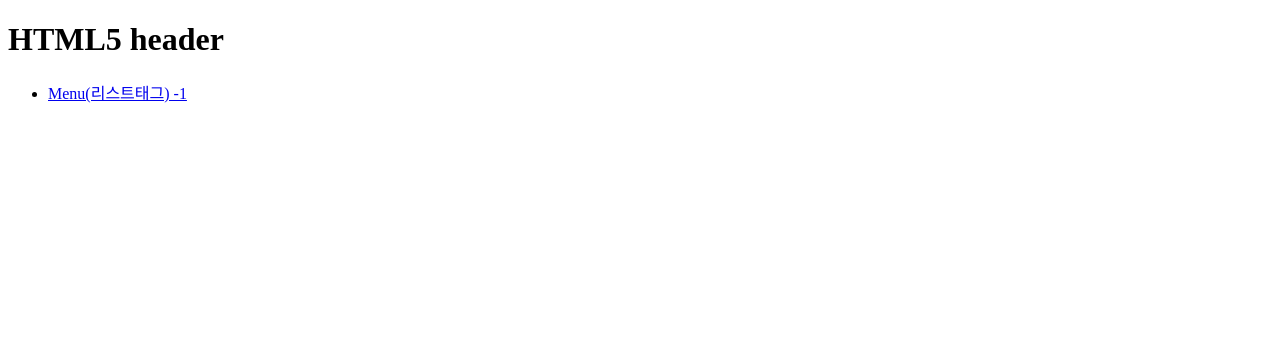
Repository: rightsecond3/java52
Page: workspace_script/dev_html/WebContent/html_semantic/beforeSemantic.html
An editor plug-in stored every save of this project. The page is shown before and after the next save, followed by the edit.
The browser window is 1280 px wide. The pictures show the whole page.

Above is the page before, as saved 2019-06-10 01:39:02.

### workspace_script/dev_html/WebContent/html_semantic/beforeSemantic.html
<!DOCTYPE html>
<!--
	html5이전에는 화면레이아웃에 table태그를 주로 사용함.
	html5로 오면서 div태그를 주로 사용->ajax기술지원
 -->
<html>
<head>
<meta charset="UTF-8">
<title>HTML5 이전의 레이아웃 구성</title>
</head>
<!-- 스타일시트(CSS), Javascript코드 -->
<body>
	<div>
		<h1>HTML5 header</h1>
	</div>
	<div>
		<ul>
			<li><a href="../html_list/listTag_1.html">Menu(리스트태그) -1</a>
		</ul>
	</div>
</body>
</html>

After the next save:
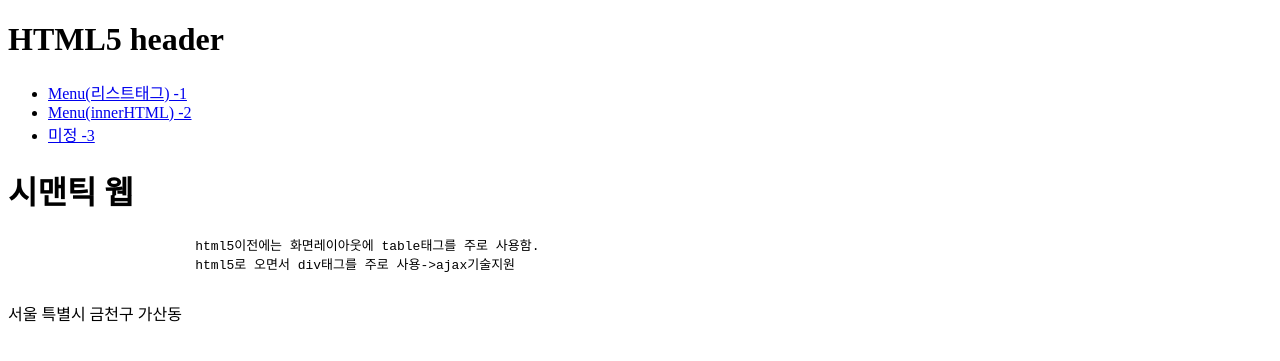
Saved 4 min 23 s later.
--- a/workspace_script/dev_html/WebContent/html_semantic/beforeSemantic.html
+++ b/workspace_script/dev_html/WebContent/html_semantic/beforeSemantic.html
@@ -10,13 +10,30 @@
 </head>
 <!-- 스타일시트(CSS), Javascript코드 -->
 <body>
+<!-- 페이지의 헤더 부분 -->
 	<div>
 		<h1>HTML5 header</h1>
 	</div>
 	<div>
+<!-- 페이지의 메뉴 부분 -->
 		<ul>
 			<li><a href="../html_list/listTag_1.html">Menu(리스트태그) -1</a>
+			<li><a href="../html_day2/innerHTMLTest.html">Menu(innerHTML) -2</a>
+			<li><a href="#">미정 -3</a>
 		</ul>
+	</div>
+<!-- 내용 영역 -->
+	<div>
+		<h1>시맨틱 웹</h1>
+		<pre>
+			html5이전에는 화면레이아웃에 table태그를 주로 사용함.
+			html5로 오면서 div태그를 주로 사용->ajax기술지원
+		</pre>
+	</div>
+<!-- 주소 -->
+	<div>
+	<!-- CSS에서 주로 사용하는 span태그(부분적으로 디자인을 변경, 지정해 줄때) -->
+		<span>서울 특별시 금천구 가산동</span>
 	</div>
 </body>
 </html>
